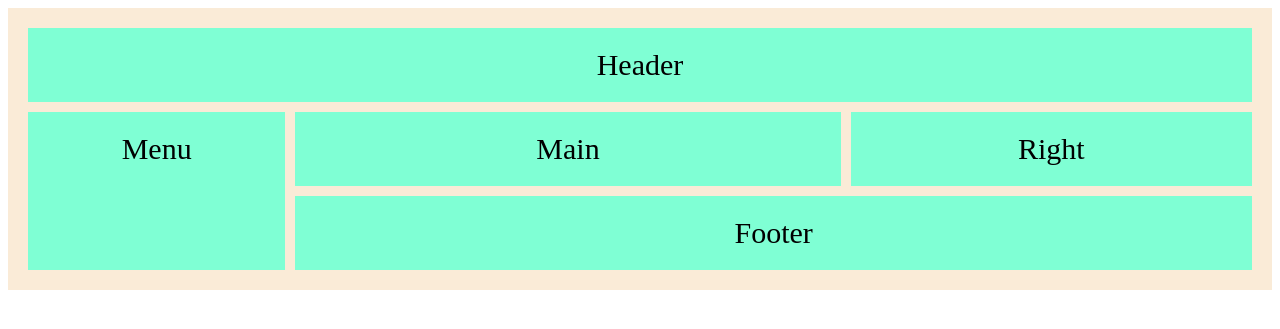
Repository: Thonghehe/Lab1_WEB106
Page: index11.html
These files come from the project's save history. The page is drawn as it stood at one moment and after the next save; the edit follows.
The browser window is 1280 px wide. The pictures show the whole page.

Above is the page before, as saved 2024-03-05 17:35:38.

### index11.html
<!DOCTYPE html>
<html lang="en">

<head>
    <meta charset="UTF-8">
    <meta name="viewport" content="width=device-width, initial-scale=1.0">
    <title>Document</title>
    <link rel="stylesheet" href="./style.css">
</head>

<body>
    <div class="grid-container">
        <div class="item1">Header</div>
        <div class="item2">Menu</div>
        <div class="item3">Main</div>
        <div class="item4">Right</div>
        <div class="item5">Footer</div>
    </div>
</body>

</html>

### style.css
.item1 {
    grid-area: header;
}

.item2 {
    grid-area: menu;
}

.item3 {
    grid-area: main;
}

.item4 {
    grid-area: right;
}

.item5 {
    grid-area: footer;
}

.grid-container {
    display: grid;
    grid-template-areas:
        'header header header header header header'
        'menu main main main right right '
        'menu footer footer footer footer footer';
    gap: 10px;
    padding: 20px;
    background-color: antiquewhite;
    /* grid-template-columns: 20px 20px 20px 20px;
    grid-template-rows: 25px 25px; */
    /* justify-content: space-between;
    align-content: space-around; */

}

.grid-container>div {
    background-color: aquamarine;
    text-align: center;
    padding: 20px;
    font-size: 30px;
}

After the next save:
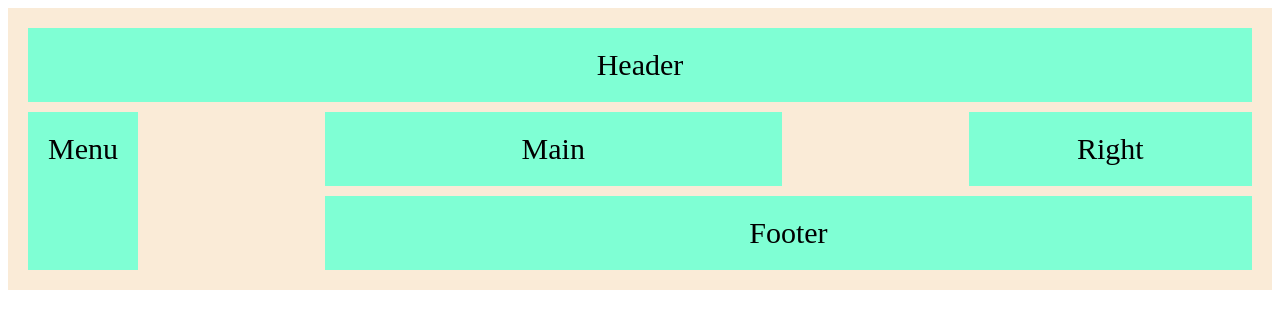
Saved 83 s later.
--- a/style.css
+++ b/style.css
@@ -29,8 +29,8 @@
     background-color: antiquewhite;
     /* grid-template-columns: 20px 20px 20px 20px;
     grid-template-rows: 25px 25px; */
-    /* justify-content: space-between;
-    align-content: space-around; */
+    justify-content: space-between;
+    align-content: space-around;
 
 }
 

After the 2 saves that followed:
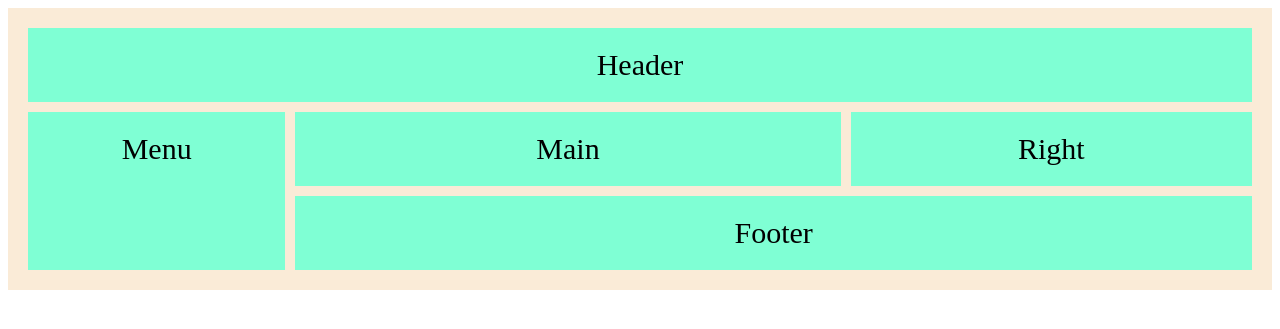
The 2 saves are shown as one change because 1 left the picture as it was.
The last was saved 9 s later.
--- a/style.css
+++ b/style.css
@@ -29,8 +29,8 @@
     background-color: antiquewhite;
     /* grid-template-columns: 20px 20px 20px 20px;
     grid-template-rows: 25px 25px; */
-    justify-content: space-between;
-    align-content: space-around;
+    /* justify-content: space-between; */
+    /* align-content: space-around; */
 
 }
 
